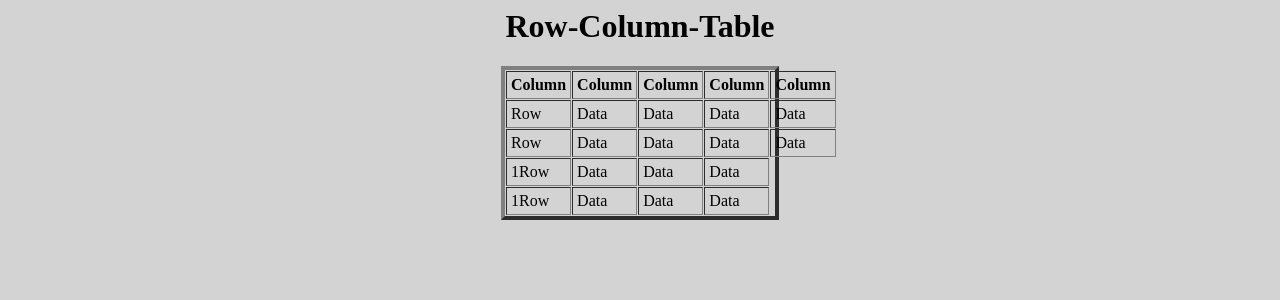
Repository: AdityaTech-Pro/FullStackWithBridgelabz
Page: Assignment2/table/index.html
The author's editor kept a copy of each file at every save. The page is drawn from the files as they stood at one save, then again after the next save.
The browser window is 1280 px wide. The pictures show the whole page.

Above is the page before, as saved 2025-10-15 08:45:29.

After the next save:
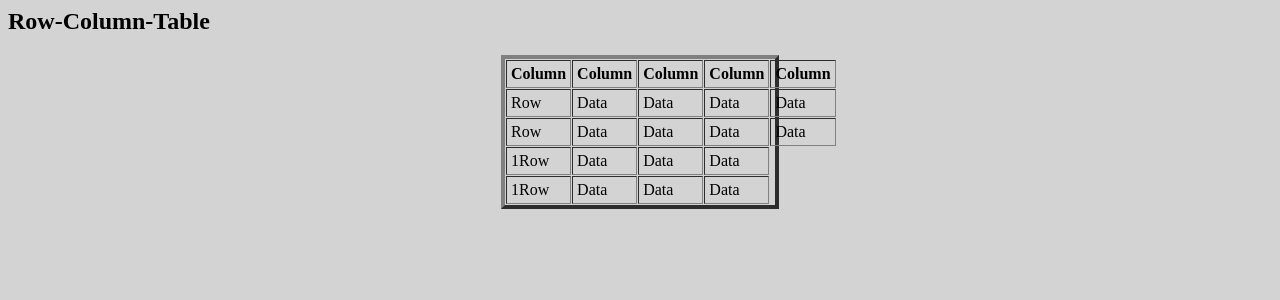
Saved 12 s later.
--- a/Assignment2/table/index.html
+++ b/Assignment2/table/index.html
@@ -19,7 +19,7 @@
     </style>
 
     <tital>
-        <h1>Row-Column-Table</h1>
+        <h2>Row-Column-Table</h1>
     </tital>
 
 

After the 3 saves that followed:
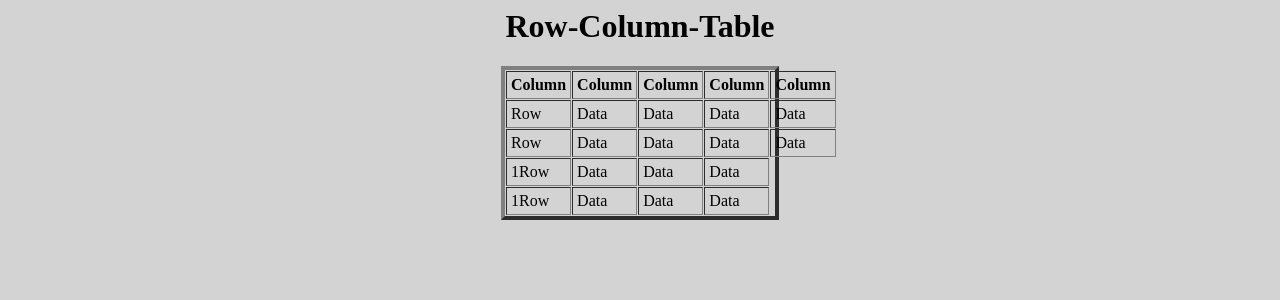
The 3 saves are shown as one change because 1 left the picture as it was and some came seconds apart.
The last was saved 20 s later.
--- a/Assignment2/table/index.html
+++ b/Assignment2/table/index.html
@@ -19,7 +19,7 @@
     </style>
 
     <tital>
-        <h2>Row-Column-Table</h1>
+        <h1>Row-Column-Table</h1>
     </tital>
 
 
